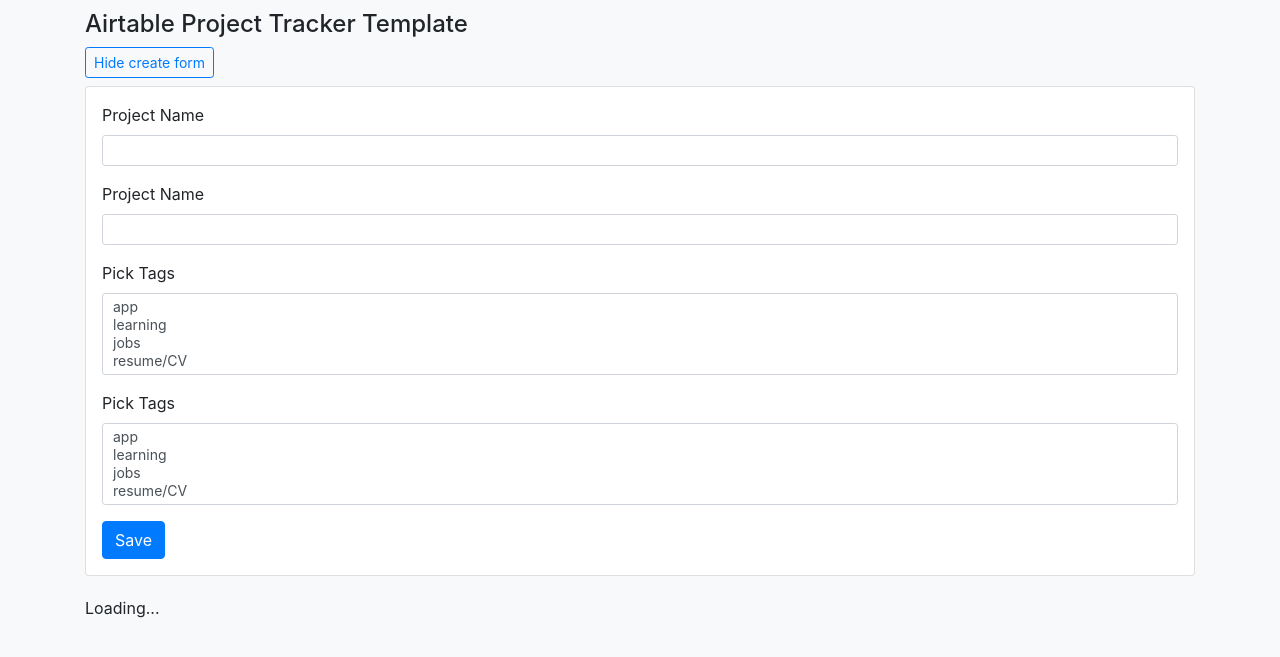
Repository: vilgaxDev/Airtable
Page: /, after clicking the first element matching `button.btn`
These files come from the project's save history. The page is drawn as it stood at one moment and after a run of saves; the edit follows.
The browser window is 1280 px wide. The pictures show the whole page.
The page's requests for data from a server got no answer. The project was rebuilt for these pictures with package versions that can differ from the ones it lists, and the page was loaded fresh each time. No one was signed in, and anything a server would have sent is missing.

Above is the page before, as saved 2021-11-09 16:38:31.

### src/index.css
body {
  background-color: #f8f9fa;
  margin-top: 10px;
}

### src/App.js
import React from 'react';
import './App.css';
import { CreateForm } from './CreateForm';

class App extends React.Component {
  constructor(props) {
    super(props);
    this.state = {
      records: [],
      visibility: false
    };

    this.listRecords = this.listRecords.bind(this);
    this.toggleVisibility = this.toggleVisibility.bind(this);
  }

  componentDidMount() {
    this.listRecords();
  }
  listRecords() {
    fetch('/.netlify/functions/airtable/airtable.js')
      .then(response => response.json())
      .then(records => {
        this.setState({
          records
        });
      })
      .catch((error) => {
        console.error('Error:', error);
      });
  }

  toggleVisibility(){
    this.setState({
      visibility: !this.state.visibility
    })
  }

  render() {
    return (
      <div>
        <div className="container">
          <h4 className="mt-20">Airtable Project Tracker Template</h4>

          <button onClick={this.toggleVisibility} className="btn btn-outline-primary btn-sm mb-2">{this.state.visibility ? 'Hide' : 'Show'} create form</button>
          {this.state.visibility ?
            <CreateForm listRecords={this.listRecords}/>
          : null}

          <ul className="list-group">
            {this.state.records.length > 0 ? ( this.state.records.map((record, index) =>
              <li key={'entry_' + index} className="list-group-item d-flex">
                <div className="p-1 flex-grow-1">{record.fields['Text']}</div>
                <div className="p-1 d-flex justify-content-between">
                  {record.fields['Tags'].map((tag, i) => <span key={'tag_' + i} className="badge badge-primary badge-pill">{tag}</span>)}
                </div>
                <div className="p-1">{record.fields['Date']}</div>
              </li>) ) : (<p>Loading...</p>)
            }
          </ul>
        </div>
      </div>
    )
  }
}

export default App;

### src/App.css
.card {
  margin-bottom: 1.25rem;
}
.card-body {
  padding: 1rem 1rem 0.5rem;
}

### src/CreateForm.js
import React from 'react';

export class CreateForm extends React.Component {
  constructor(props) {
    super(props);
    this.state = {
      text: '',
      tags: []
    };

    this.handleInputChange = this.handleInputChange.bind(this);
    this.handleSubmit = this.handleSubmit.bind(this);
  }

  handleInputChange(event) {
    const target = event.target;

    const value = target.name === 'tags' ? [] : target.value;
    // to fill multiple select
    if (target.name === 'tags') {
      const options = target.options;
      for (var i = 0, l = options.length; i < l; i++) {
        if (options[i].selected) {
          value.push(options[i].value);
        }
      }
    }

    const name = target.name;

    this.setState({
      [name]: value
    });
  }

  handleSubmit(event) {
    event.preventDefault();
    const data = {
      text: this.state.text,
      tags: this.state.tags,
      tags: this.state.books,
    }
    fetch('/.netlify/functions/airtable/airtable.js', {
      method: 'POST', // or 'PUT'
      headers: {
        'Content-Type': 'application/json',
      },
      body: JSON.stringify(data)
    })
    .then(() => this.props.listRecords())
    .catch((error) => {
      console.error('Error:', error);
    });

    this.setState({
      text: '',
      tags: []
    });
  }

  render() {
    return (
      <div className="card">
        <div className="card-body">
          <form onSubmit={this.handleSubmit}>
              <div className="form-group">
                <label>Project Name</label>
                <input
                  name="text"
                  type="text"
                  value={this.state.text}
                  onChange={this.handleInputChange}
                  className="form-control form-control-sm"
                  required/>
              </div>
              <div className="form-group">
                <label>Project Name</label>
                <input
                  name="text"
                  type="text"
                  value={this.state.text}
                  onChange={this.handleInputChange}
                  className="form-control form-control-sm"
                  required/>
              </div>
              <div className="form-group">
                <label>Pick Tags</label>
                <select name="tags" multiple={true} value={this.state.books} onChange={this.handleInputChange} className="form-control form-control-sm" required>
                  <option value="Project ">app</option>
                  <option value="learning">learning</option>
                  <option value="jobs">jobs</option>
                  <option value="resume/CV">resume/CV</option>
                </select>
              </div>
              <div className="form-group">
                <label>Pick Tags</label>
                <select name="tags" multiple={true} value={this.state.tags} onChange={this.handleInputChange} className="form-control form-control-sm" required>
                  <option value="app">app</option>
                  <option value="learning">learning</option>
                  <option value="jobs">jobs</option>
                  <option value="resume/CV">resume/CV</option>
                </select>
              </div>
              <div>
                <input type="submit" value="Save" className="btn btn-primary mb-2"/>
              </div>
          </form>
      </div>
    </div>
    );
  }
}

Loaded but not shown: public/index.html (common file); src/index.js (common file); src/serviceWorker.js (common file)

After the next 4 saves:
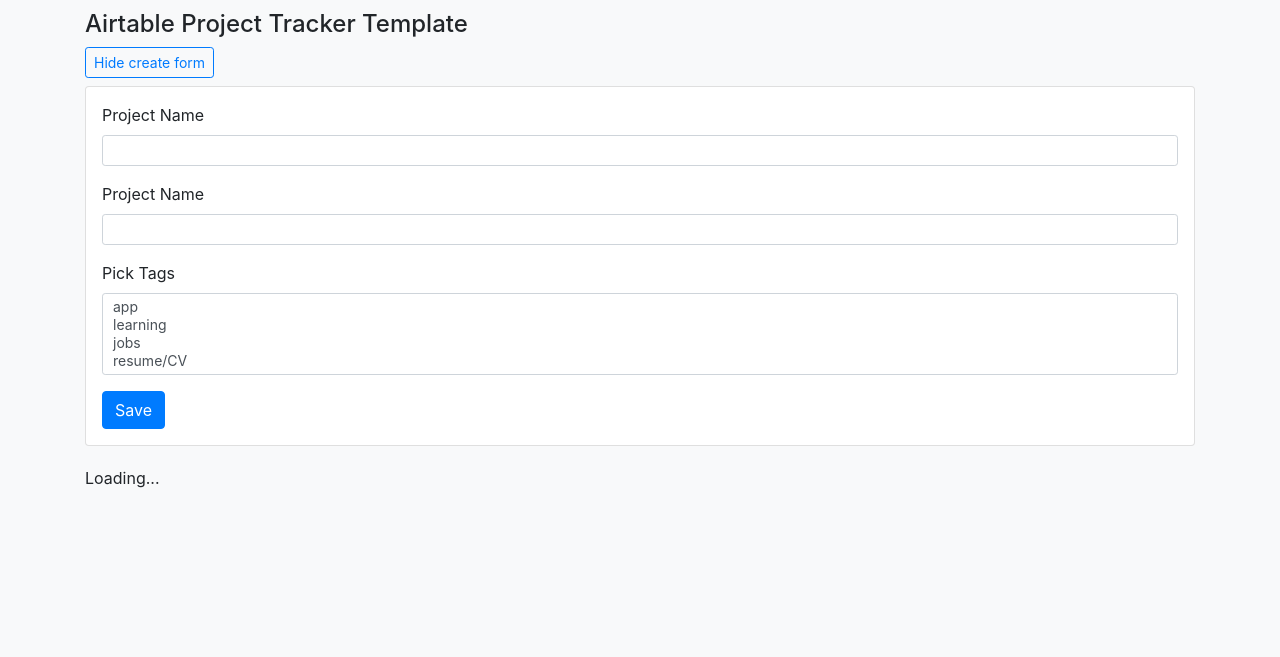
The 4 saves are shown as one change because 1 did not build or start and some came seconds apart.
The last was saved 2 min 59 s later.
--- a/src/CreateForm.js
+++ b/src/CreateForm.js
@@ -92,15 +92,7 @@
                   <option value="resume/CV">resume/CV</option>
                 </select>
               </div>
-              <div className="form-group">
-                <label>Pick Tags</label>
-                <select name="tags" multiple={true} value={this.state.tags} onChange={this.handleInputChange} className="form-control form-control-sm" required>
-                  <option value="app">app</option>
-                  <option value="learning">learning</option>
-                  <option value="jobs">jobs</option>
-                  <option value="resume/CV">resume/CV</option>
-                </select>
-              </div>
+
               <div>
                 <input type="submit" value="Save" className="btn btn-primary mb-2"/>
               </div>
